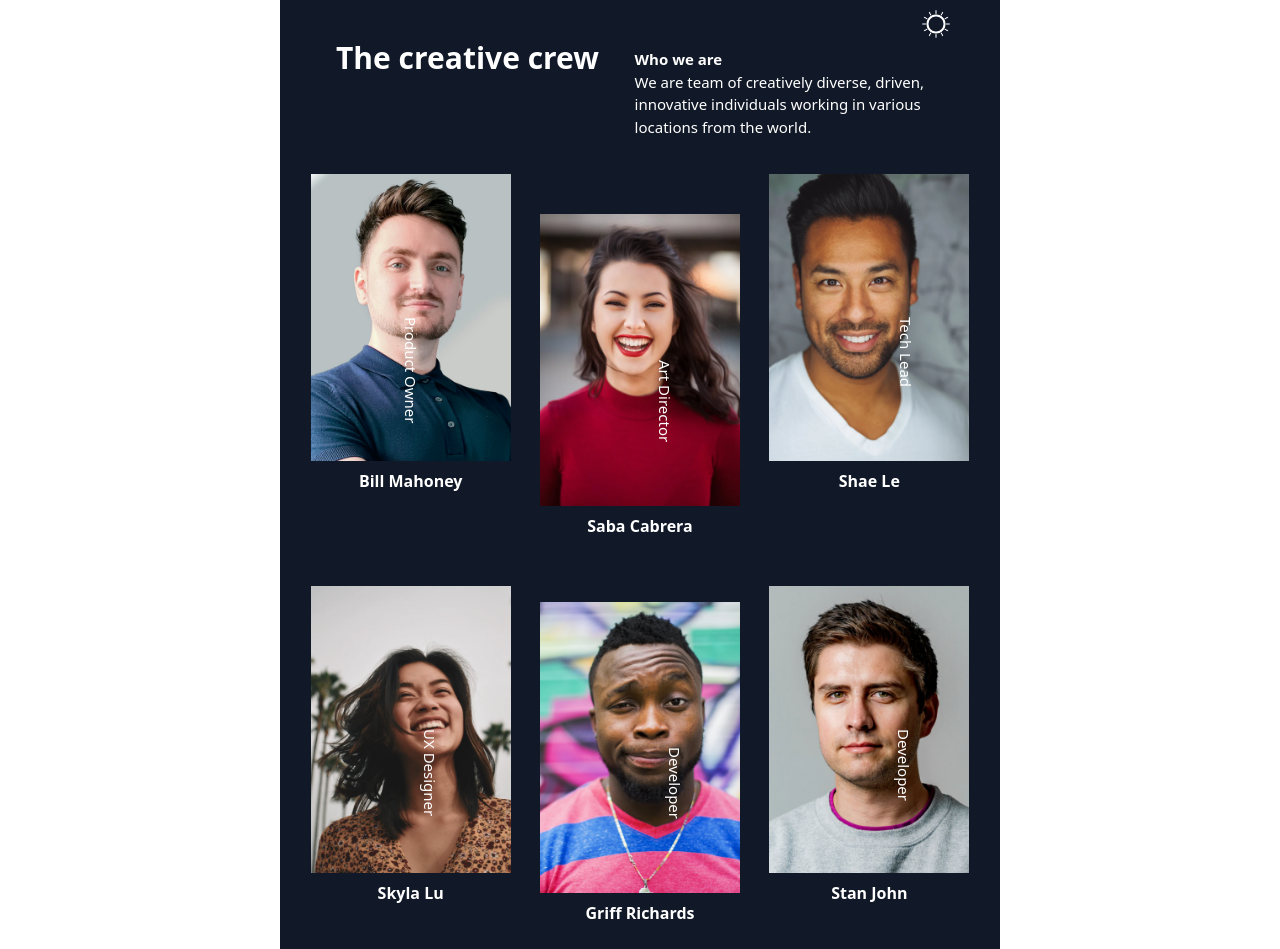
Repository: Alzate1075/Funval-G3-N2
Page: /
An editor plug-in stored every save of this project. The page is shown before and after the next save, followed by the edit.
The browser window is 1280 px wide. The pictures show the whole page.
The project was rebuilt for these pictures with package versions that can differ from the ones it lists, and the page was loaded fresh each time. Also part of the build but not shown: vite.config.js.

Above is the page before, as saved 2025-07-02 23:58:26.

### index.html
<!DOCTYPE html>
<html lang="en">
  <head>
    <meta charset="UTF-8" />
    <link rel="icon" type="image/svg+xml" href="/vite.svg" />
    <meta name="viewport" content="width=device-width, initial-scale=1.0" />
    <link rel="stylesheet" href="./src/index.css" />
    <title>Vite + React</title>
  </head>
  <body>
    <div id="root"></div>
    <script type="module" src="/src/main.jsx"></script>
  </body>
</html>

### src/App.jsx
import React from "react";
import { TeamCard } from "./components/TeamCard";
import miArray from "./components/ArrayTeams";

function App() {
  return (
    <div className="md:bg-[#111827] p-2 md:mx-70">
      <div className="flex justify-end mr-10">
        <img src="/images/sol.png" alt="sol" className="w-8 hidden md:block" />
      </div>
      <div className="flex justify-end">
        <img src="/images/luna.png" alt="luna" className="w-8 md:hidden" />
      </div>
      <div className="md:text-white text-black text-center md:flex md:justify-between md:mx-12">
        <h1 className="text-3xl font-bold">The creative crew</h1>
        <p className="text-[15px] mt-2 max-w-md md:text-md text-wrap text-left m-5">
          <b>Who we are</b>
          <br />
          We are team of creatively diverse, driven, <br /> innovative
          individuals working in various <br /> locations from the world.
        </p>
      </div>

      <div className="md:bg-[#111827] grid grid-cols-2 md:grid-cols-3 gap-x-4 gap-y-6 p-4">
        {miArray.map((persona, index) => (
          <TeamCard
            key={index}
            name={persona.name}
            role={persona.role}
            image={persona.image}
            extraClass={`${index % 2 === 1 ? "mt-6" : ""} ${
              index % 3 === 1 ? "md:mt-10" : ""
            }`}
          />
        ))}
      </div>
    </div>
  );
}

export default App;

### src/components/TeamCard.jsx
import React from "react";
export function TeamCard(props) {
  return (
    <div className={`${props.extraClass}`}>
      <div className="text-black md:text-white md:flex md:items-center md:justify-center gap-2 relative">
        <img src={props.image} alt={props.name} className="md:w-[200px] w-20" />
        <span className="absolute right-0 top-1/2 -translate-y-1/2 rotate-90 origin-left text-[10px] md:text-[15px]">
          {props.role}
        </span>
      </div>
      <div className="md:text-white text-center mt-2">
        <h3 className="font-semibold tex-[8px]">{props.name}</h3>
      </div>
    </div>
  );
}

### src/components/ArrayTeams.jsx
import React from "react";
const miArray = [
  {
    name: "Bill Mahoney",
    role: "Product Owner",
    image: "/images/photo1.png",
  },
  {
    name: "Saba Cabrera",
    role: "Art Director",
    image: "/images/photo2.png",
  },
  {
    name: "Shae Le",
    role: "Tech Lead",
    image: "/images/photo3.png",
  },
  {
    name: "Skyla Lu",
    role: "UX Designer",
    image: "/images/photo4.png",
  },
  {
    name: "Griff Richards",
    role: "Developer",
    image: "/images/photo5.png",
  },
  {
    name: "Stan John",
    role: "Developer",
    image: "/images/photo6.png",
  },
];

export default miArray;

Loaded but not shown: src/index.css (common file); src/main.jsx (common file)

After the next save:
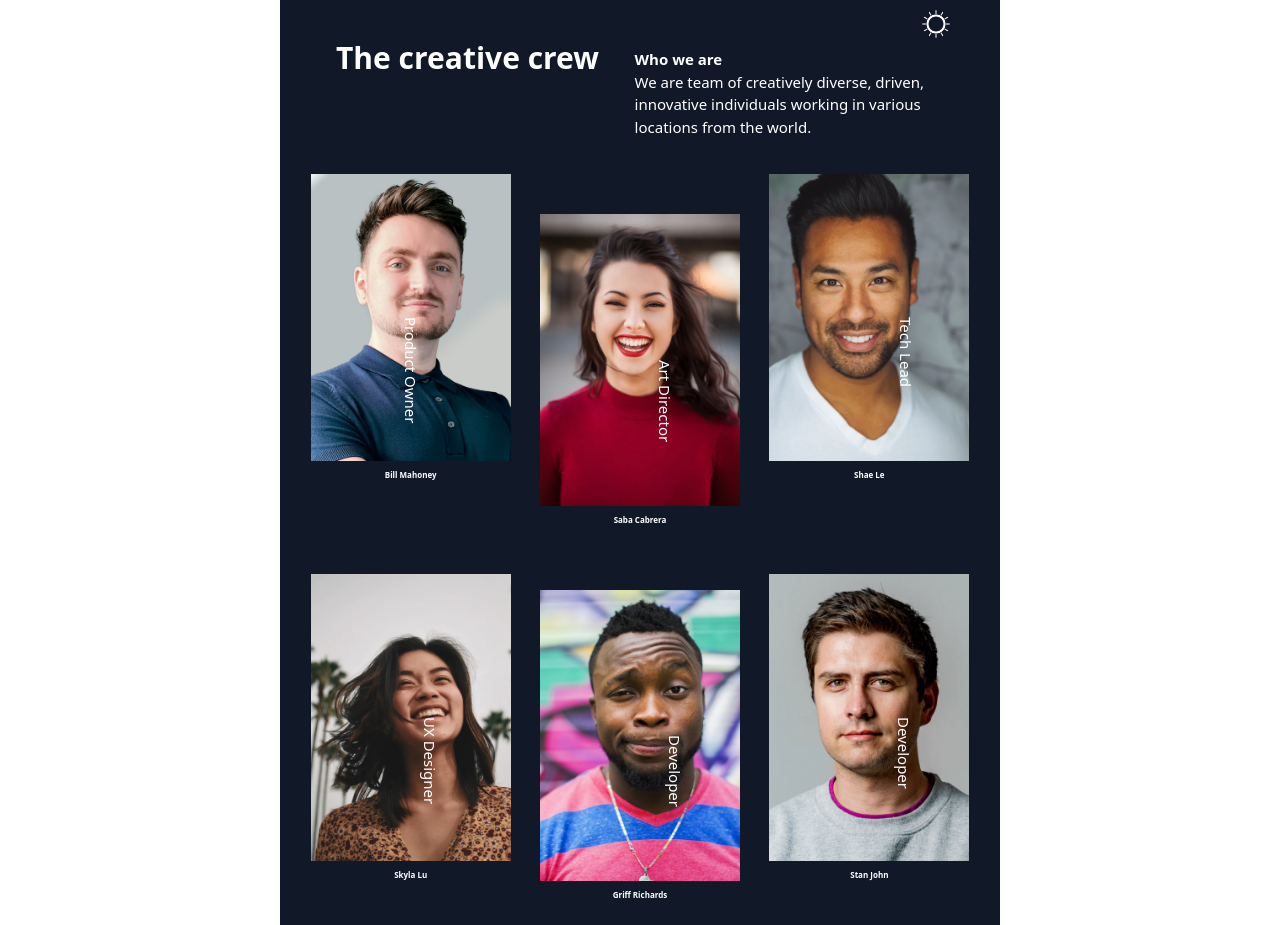
Saved 16 s later.
--- a/src/components/TeamCard.jsx
+++ b/src/components/TeamCard.jsx
@@ -9,7 +9,7 @@
         </span>
       </div>
       <div className="md:text-white text-center mt-2">
-        <h3 className="font-semibold tex-[8px]">{props.name}</h3>
+        <h3 className="font-semibold text-[8px]">{props.name}</h3>
       </div>
     </div>
   );

After the save that followed:
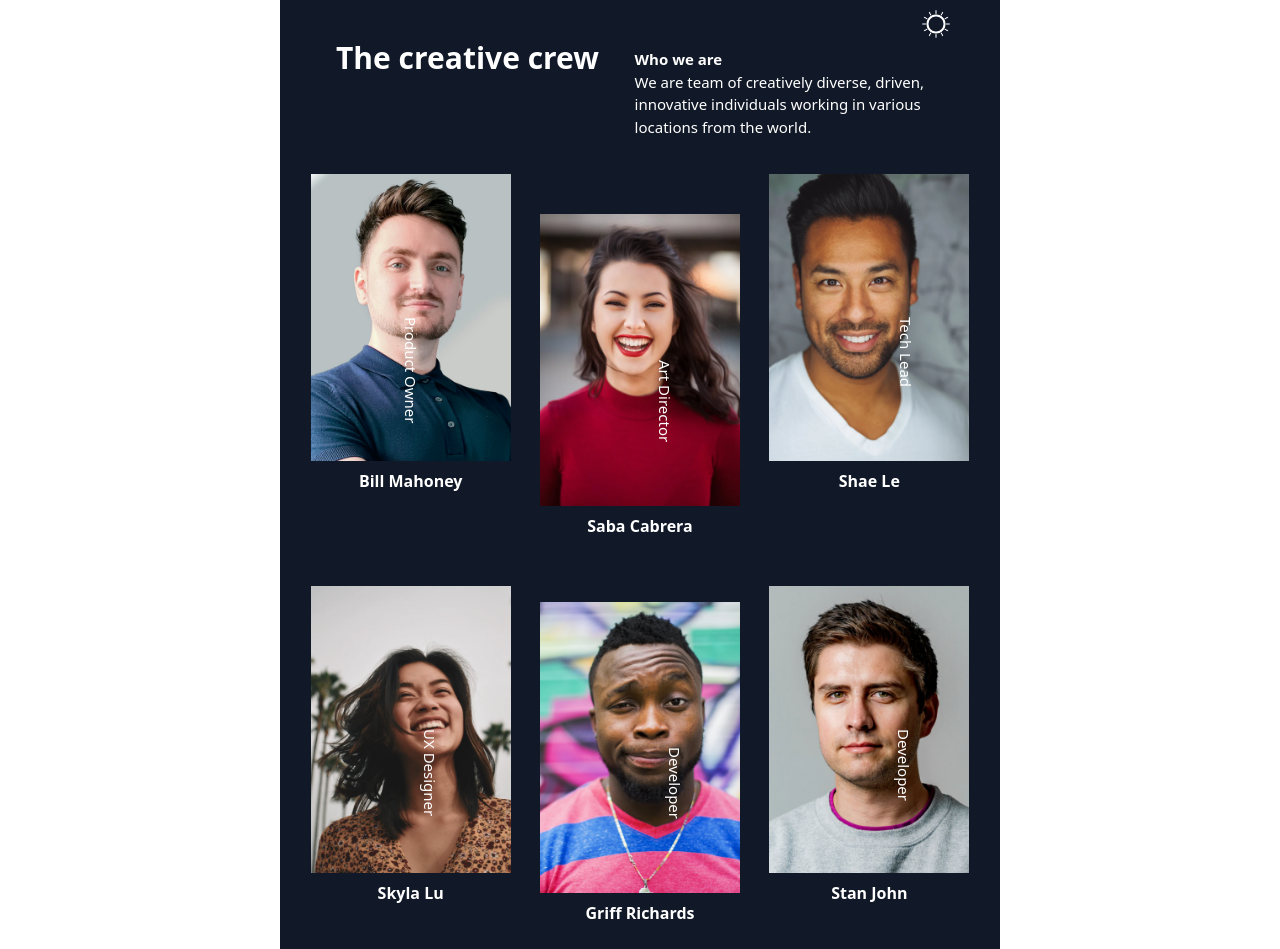
Saved 9 s later.
--- a/src/components/TeamCard.jsx
+++ b/src/components/TeamCard.jsx
@@ -9,7 +9,7 @@
         </span>
       </div>
       <div className="md:text-white text-center mt-2">
-        <h3 className="font-semibold text-[8px]">{props.name}</h3>
+        <h3 className="font-semibold text-md">{props.name}</h3>
       </div>
     </div>
   );
